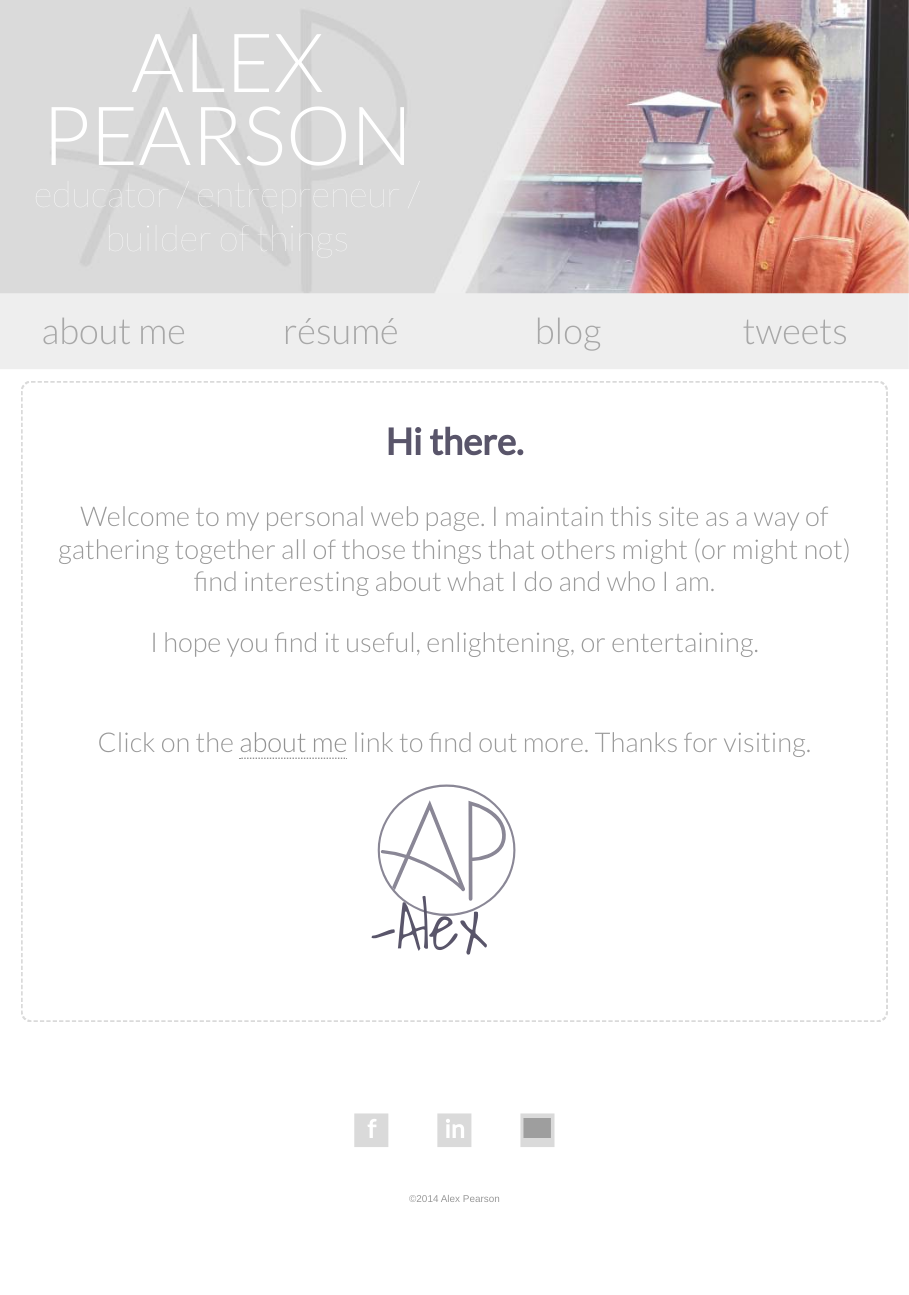
Repository: NAlexPear/personal-page
Page: about/index.html
The author's editor kept a record of every edit. The page is drawn from the files as they stood at one moment, then again after the next edit.
The browser window is 1280 px wide. The pictures show the whole page, at 71% of full size.
Pictures or frames that could not be fetched are drawn as grey boxes.

Above is the page before.

After the next edit:
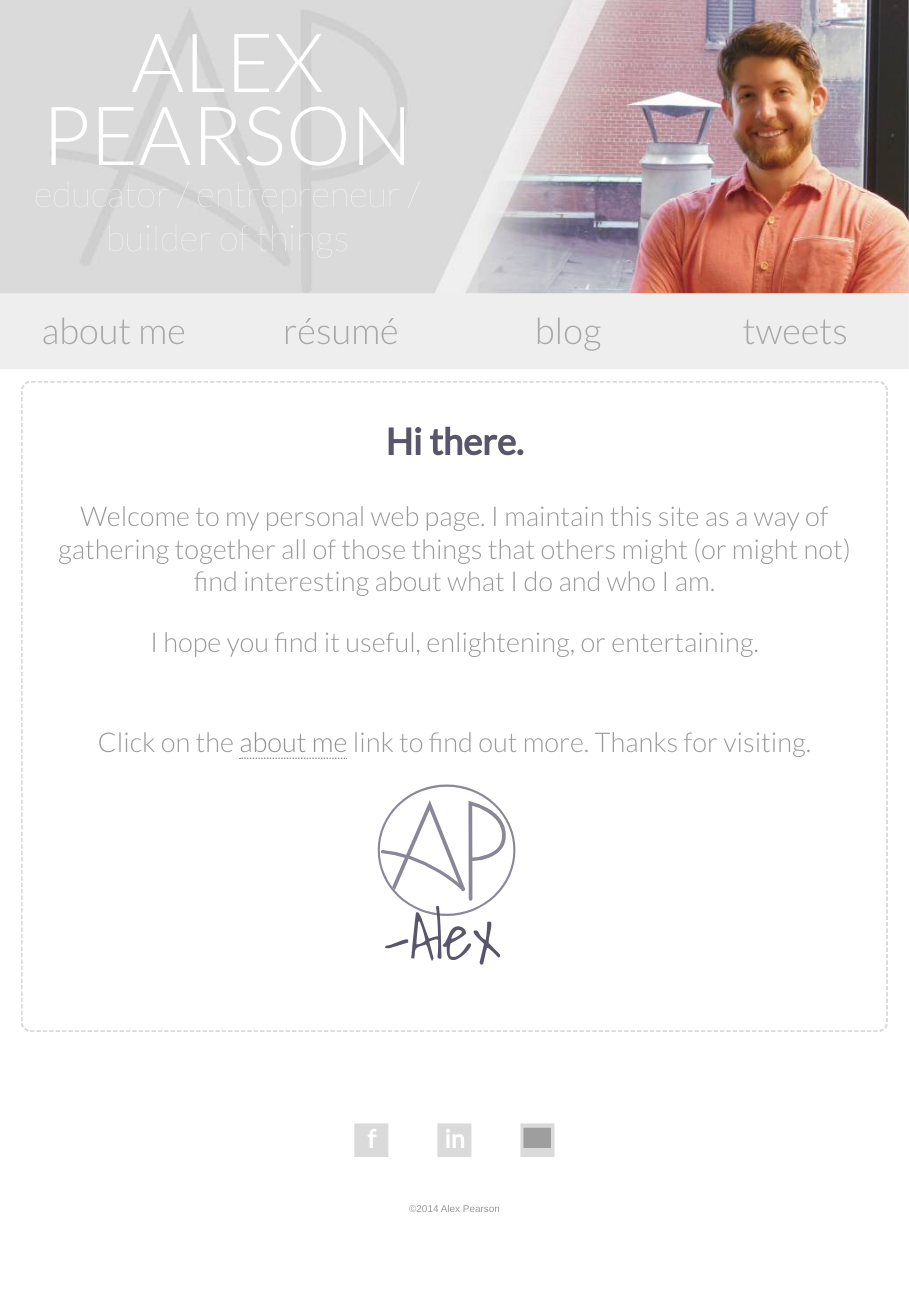
The edit:
--- a/theme/css/maintemplate2.css
+++ b/theme/css/maintemplate2.css
@@ -88,8 +88,8 @@
     font-family: 'Shadows Into Light', 'cursive';
     font-size: 7vw;
     font-weight:300;
-    margin-left:25%;
-    margin-top:-13%;
+    margin-left:29%;
+    margin-top:-10%;
     padding-top:0;
     color:#59556a;
 }
